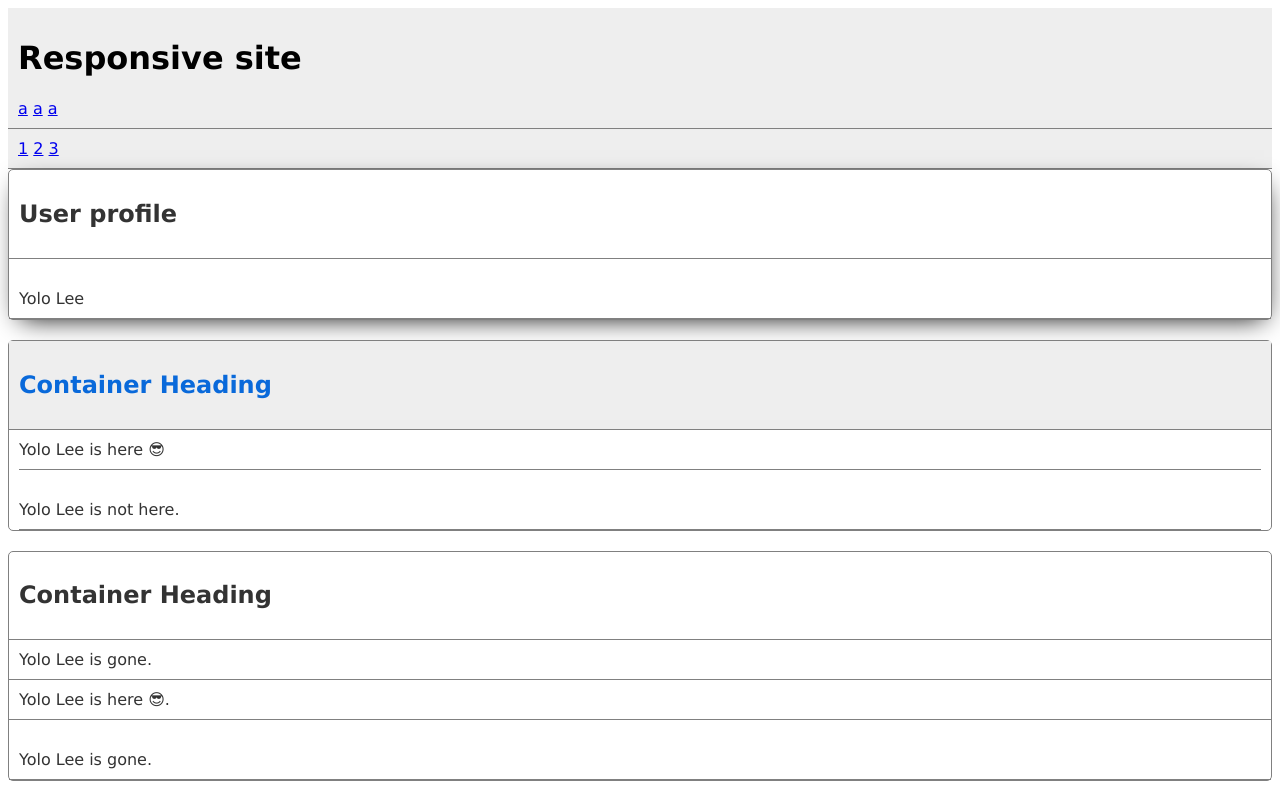
Repository: HyunJunggggg/MDIA2109
Page: inclass/week6/index.html
The author's editor kept a copy of each file at every save. The page is drawn from the files as they stood at one save, then again after the next save.
The browser window is 1280 px wide. The pictures show the whole page.

Above is the page before, as saved 2025-02-13 15:32:54.

After the next save:
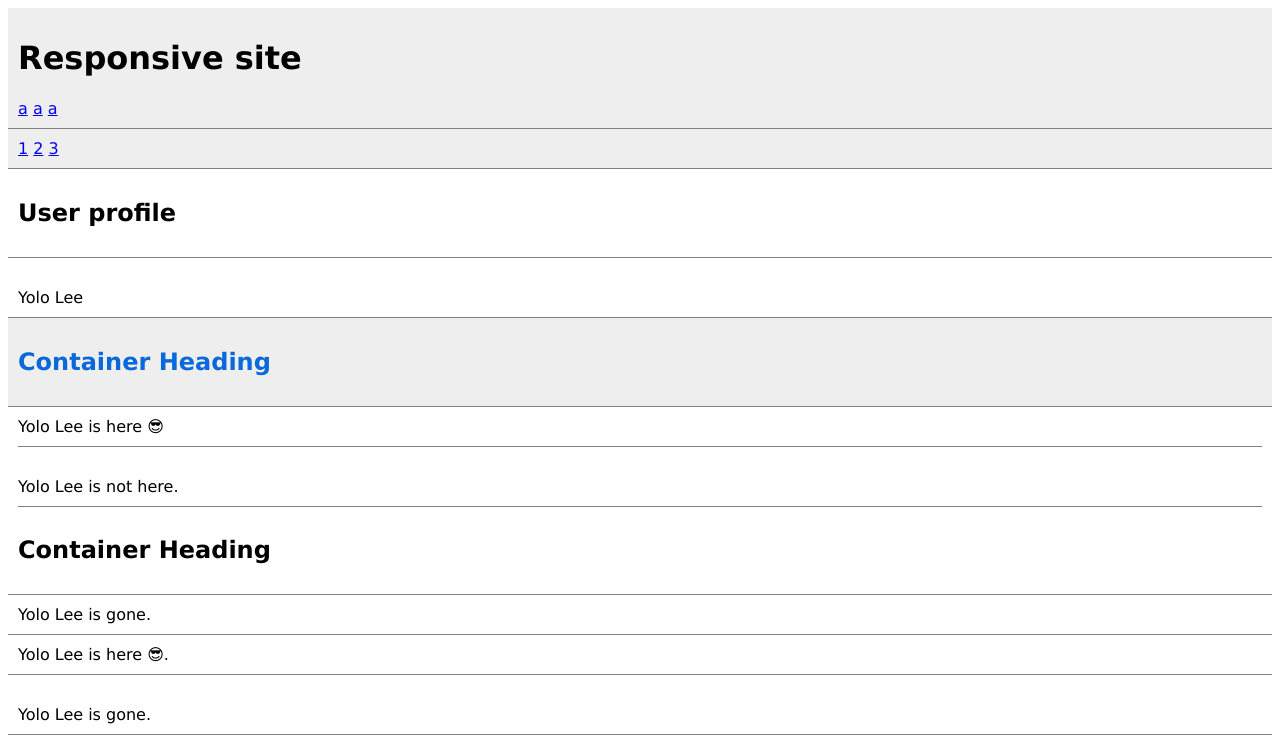
Saved 32 s later.
--- a/inclass/week6/css/style.css
+++ b/inclass/week6/css/style.css
@@ -14,6 +14,8 @@
   border-radius: 5px;
   line-height: 1;
 }
+
+.s
 
 
 

After the save that followed:
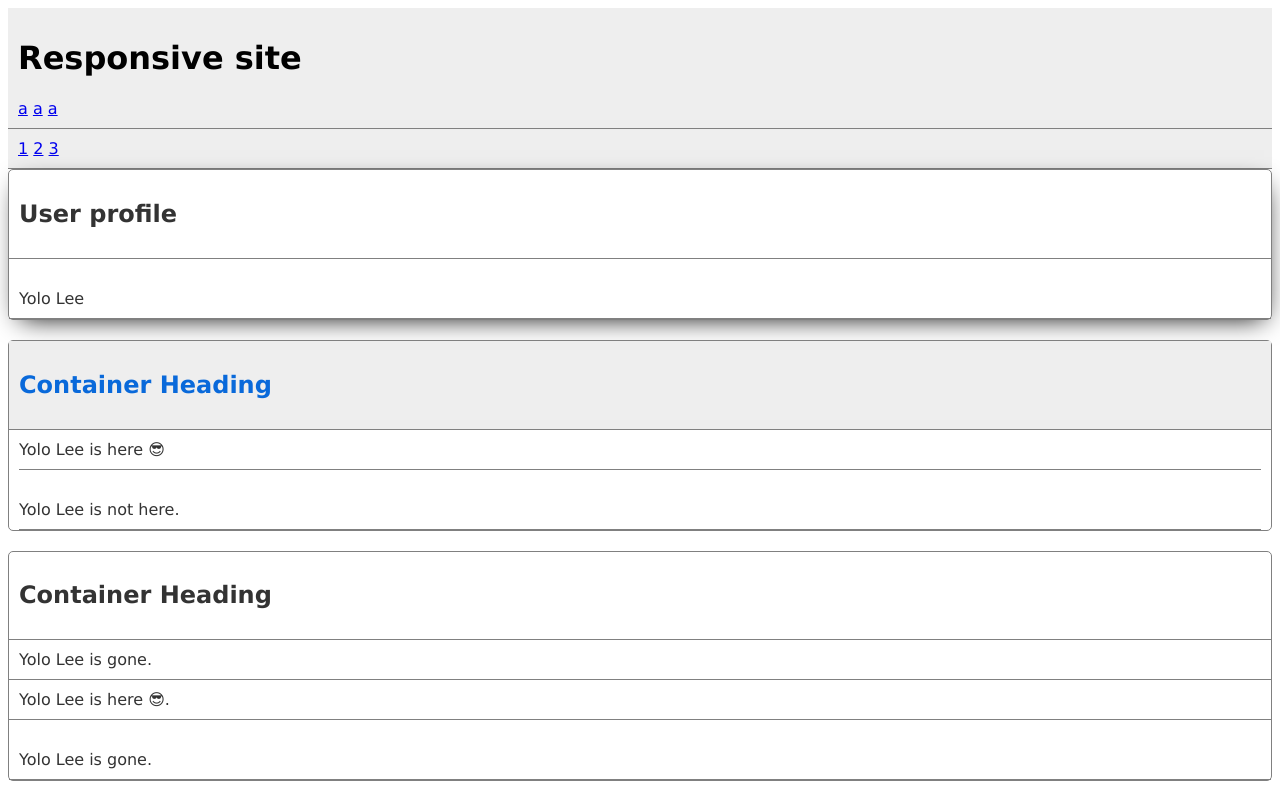
Saved 4 s later.
--- a/inclass/week6/css/style.css
+++ b/inclass/week6/css/style.css
@@ -15,7 +15,9 @@
   line-height: 1;
 }
 
-.s
+.sub--nav{
+
+}
 
 
 
